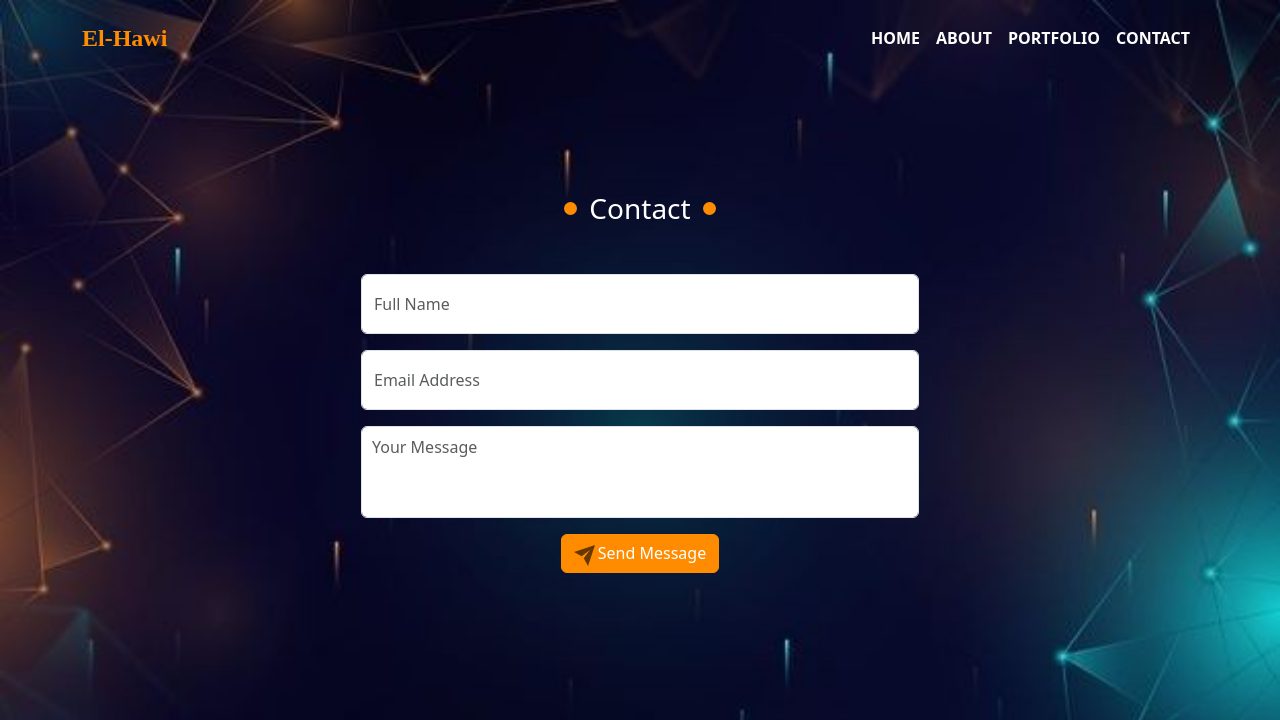
Repository: amralhawi123/Portfolio
Page: /contact
The author's editor kept a copy of each file at every save. The page is drawn from the files as they stood at one save, then again after a run of saves.
The browser window is 1280 px wide. The pictures show the whole page.
The project was rebuilt for these pictures with package versions that can differ from the ones it lists, and the page was loaded fresh each time. Also part of the build but not shown: src/components/landing/landing.css, src/components/landing/landing.js, src/components/about/about.css, src/components/about/About.js, src/components/Portfolio/portfolio.css, src/components/Portfolio/Portfolio.js. Imported but missing from the stored project, and not drawn on this page: src/image/Amr Mahmoud Alhawi.pdf.

Above is the page before, as saved 2023-08-28 17:46:01.

### public/index.html
<!DOCTYPE html>
<html lang="en">
  <head>
    <meta charset="utf-8" />
    <link rel="icon" href="%PUBLIC_URL%/favicon.ico" />
    <meta name="viewport" content="width=device-width, initial-scale=1" />
    <meta name="theme-color" content="#000000" />
    <meta
      name="description"
      content="Web site created using create-react-app"
    />
    <link rel="stylesheet" href="https://cdnjs.cloudflare.com/ajax/libs/font-awesome/6.4.2/css/all.min.css" integrity="sha512-z3gLpd7yknf1YoNbCzqRKc4qyor8gaKU1qmn+CShxbuBusANI9QpRohGBreCFkKxLhei6S9CQXFEbbKuqLg0DA==" crossorigin="anonymous" referrerpolicy="no-referrer" />

    <link rel="apple-touch-icon" href="%PUBLIC_URL%/logo192.png" />
    <link rel="manifest" href="%PUBLIC_URL%/manifest.json" />
    <title>My Portfolio</title>
  </head>
  <body>
    <!-- <noscript>You need to enable JavaScript to run this app.</noscript> -->
    <div id="root"></div>

  </body>
</html>

### src/components/navbar/MayNav.js
import React from 'react'
import './Maynav.css'
import { Nav, Navbar } from 'react-bootstrap'

const MayNav = () => {
  return (
       <div className='myNav'>
      <Navbar    expand="lg" data-bs-theme="dark">
      <Navbar.Brand href="#home" className='fs-4'>El-Hawi</Navbar.Brand>
        <Navbar.Toggle aria-controls="basic-navbar-nav" />
        <Navbar.Collapse id="basic-navbar-nav">
        <Nav className="ms-auto links">
            <Nav.Link href="#home">HOME</Nav.Link>
            <Nav.Link href="#about">ABOUT</Nav.Link>
            <Nav.Link href="#portfolio">PORTFOLIO</Nav.Link>
            <Nav.Link href="#contact">CONTACT</Nav.Link>
          </Nav>
        </Navbar.Collapse>
    </Navbar>
     </div>

  )
}

export default MayNav

### src/components/contact/contact.js
import React from 'react'
import './contact.css'
import { Button, Form } from 'react-bootstrap'
import send from '../../image/send-icon.svg'
const Contact = () => {
  return (
    <div className='contact text-center' id='contact'>
      <h3 className=' my-3'>Contact</h3>
       <Form className=' my-3'>
      <Form.Group className="my-3" controlId="formBasicEmail">
        <Form.Control type="text" placeholder="Full Name" />
      </Form.Group>
      <Form.Group className="my-3" controlId="formBasicEmail">
        <Form.Control type="email" placeholder="Email Address" />
      </Form.Group>

      <Form.Group className="my-3" controlId="formBasicPassword">
        <Form.Control type="text" className='heghit' placeholder="Your Message" />
      </Form.Group>
      <Button variant="primary" className='button' type="submit">
        <img src={send} alt='send' style={{color: "white"}} />Send Message
      </Button>
    </Form>
    </div>
  )
}

export default Contact

### src/components/navbar/Maynav.css
.myNav .navbar-brand{
   font-weight: bold ;
   font-family: auto;
   color:darkorange;
}

.navbar-toggler{
   background-color: white !important;
}
@media (max-width:576px) {
   .navbar-toggler{
      display: none !important;
   }
   .collapse:not(.show) {
      display: block !important;
  }
}
.myNav .links a {
   display: flex;
    justify-content: center;
    align-items: center;
    height: 60px;
    padding: 0 20px;
    position: relative;
    transition: .2s;
    overflow: hidden;
    text-decoration: auto;
    color: white;
    font-weight: 700;
}
.myNav .links a::before{
   content: '';
   position: absolute;
   width: 100%;
   height: 3px;
   background-color: darkorange;
   top: 0;
   left: -100%;
   transition: .2s;
}
.myNav .links a:hover::before {
   left: 0;
}
@media (max-width:576px) {
   .navbar-toggler{
      display: none !important;
   }
   .collapse:not(.show) {
      display: block !important;
  }
  .navbar-nav {
    flex-direction: row !important;
  }
  .myNav .links a{
   padding: 0 15px;
  }
  .navbar{
   display: block !important;
   text-align: center;
  }
  .myNav .links a::before{
   top: 94%;
   left: -100%;
   transition: .2s;
}

}

### src/components/contact/contact.css
.contact{
   margin: 100px 0;
    text-align: center;
    display: flex;
    flex-direction: column;
    align-items: center;
}


form{
   width: 50%;
}
form input{
   height: 60px;
}
form .heghit{
   padding: 20px 0 70px 10px;
}
.button{
   background-color: darkorange !important;
   border-color: darkorange !important;
}
.contact  h3{
   color: white;
   position: relative;
   display: inline-block;
}
.contact  h3::before{
   content: '';
   position: absolute;
   background-color: darkorange;
   width: 13px;
   height: 13px;
   border-radius: 50%;
   left: -25px;
   top: 30%;
}
.contact  h3::after{
   content: '';
   position: absolute;
   background-color: darkorange;
   width: 13px;
   height: 13px;
   border-radius: 50%;
   right: -25px;
   top: 30%;
}

Loaded but not shown: src/index.js (common file); src/App.js (common file); src/index.css (common file)

After the next 6 saves:
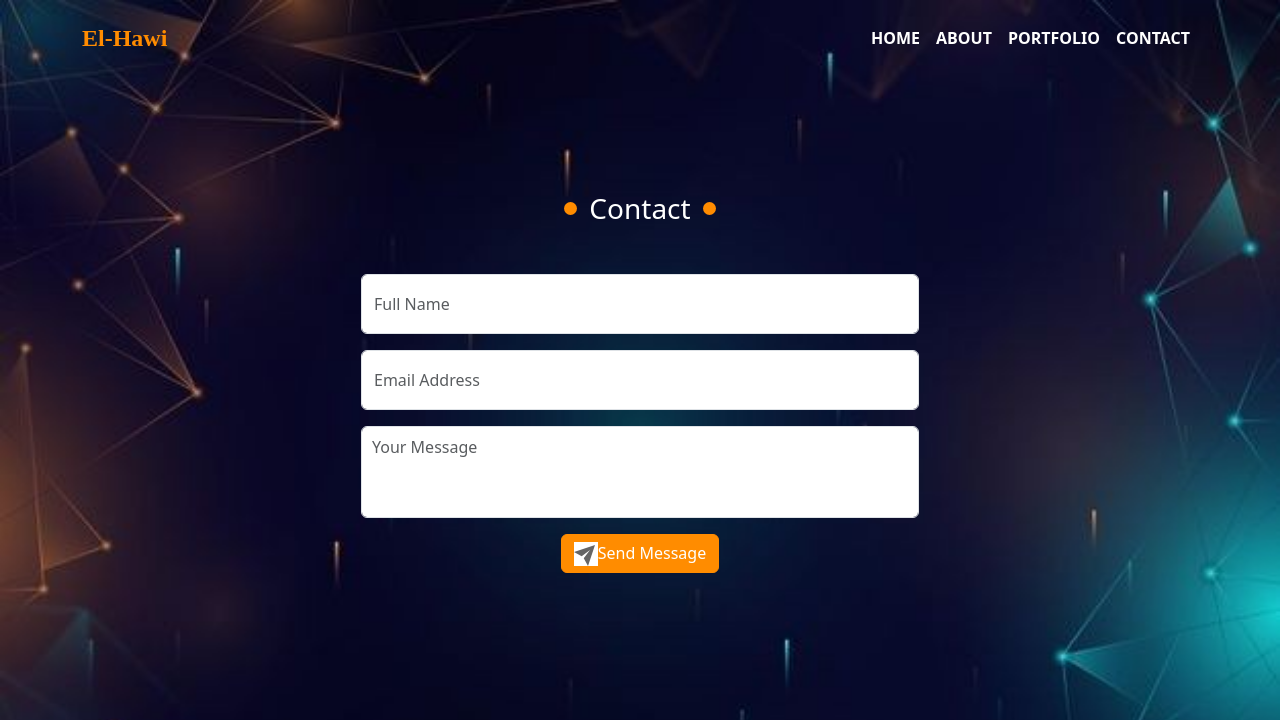
The 6 saves are shown as one change because they came seconds apart.
The last was saved 18 s later.
--- a/src/components/contact/contact.js
+++ b/src/components/contact/contact.js
@@ -18,7 +18,7 @@
         <Form.Control type="text" className='heghit' placeholder="Your Message" />
       </Form.Group>
       <Button variant="primary" className='button' type="submit">
-        <img src={send} alt='send' style={{color: "white"}} />Send Message
+        <img src={send} alt='send' style={{color: "white", backgroundColor:"white"}} />Send Message
       </Button>
     </Form>
     </div>

After the 2 saves that followed:
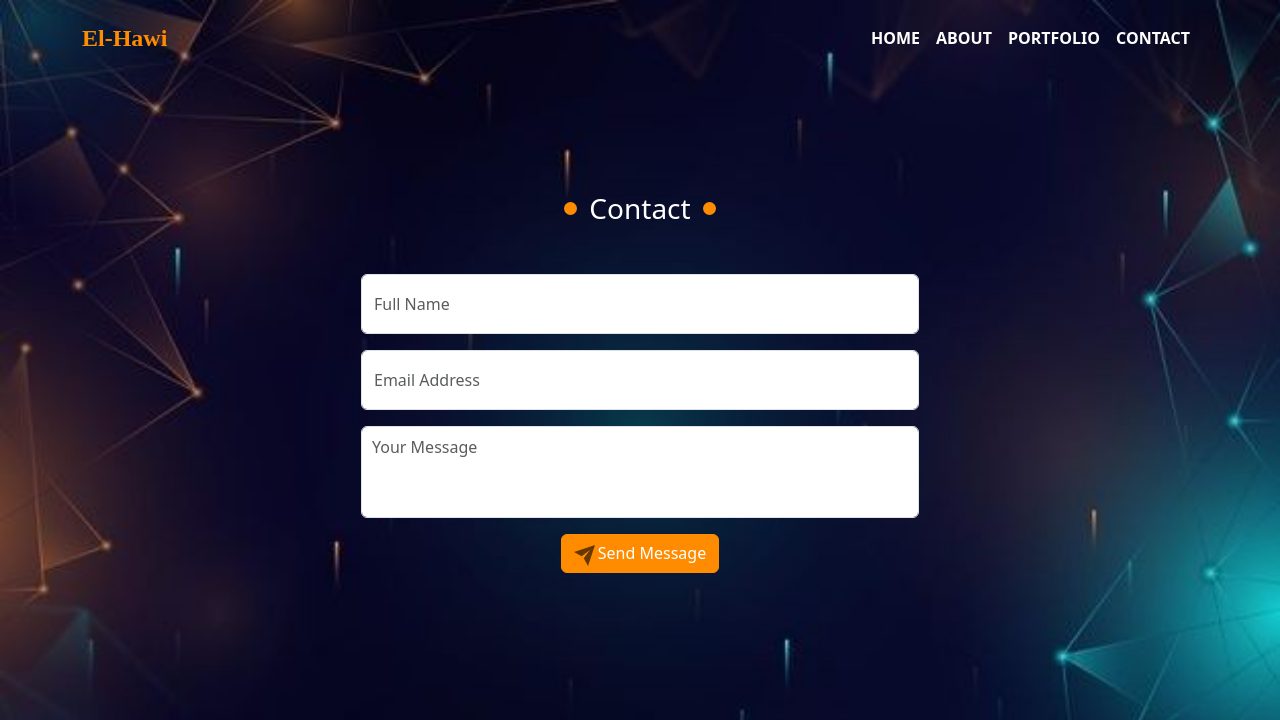
The 2 saves are shown as one change because they came seconds apart.
The last was saved 20 s later.
--- a/src/components/contact/contact.js
+++ b/src/components/contact/contact.js
@@ -18,7 +18,7 @@
         <Form.Control type="text" className='heghit' placeholder="Your Message" />
       </Form.Group>
       <Button variant="primary" className='button' type="submit">
-        <img src={send} alt='send' style={{color: "white", backgroundColor:"white"}} />Send Message
+        <img src={send} alt='send' style={{color: "white", marginRight:"white"}} />Send Message
       </Button>
     </Form>
     </div>
